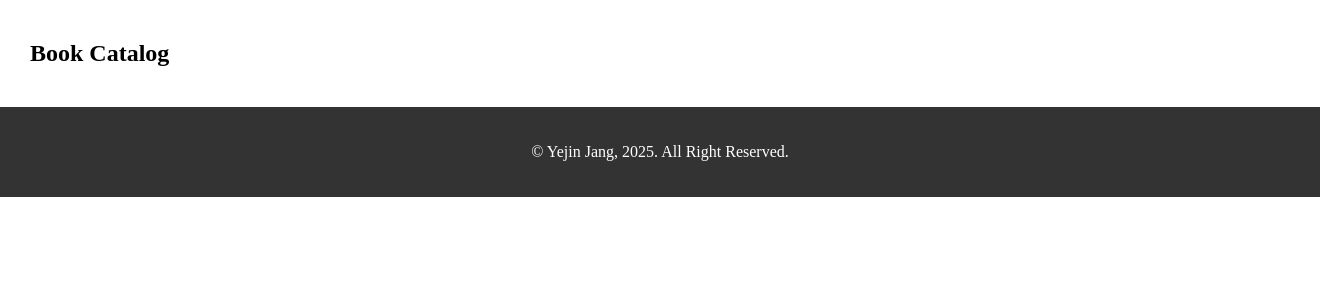
Repository: Yejin-Digital/Lab3-Assignment-BookCatalog
Page: /
These files come from the project's save history. The page is drawn as it stood at one moment and after the next save; the edit follows.
The browser window is 1280 px wide. The page is 1320 px wide, so the pictures cover 1320 px, including what lies to the right of the window. The pictures show the whole page.
The project was rebuilt for these pictures with package versions that can differ from the ones it lists, and the page was loaded fresh each time. Also part of the build but not shown: vite.config.js.

Above is the page before, as saved 2025-09-19 01:24:26.

After the next save:
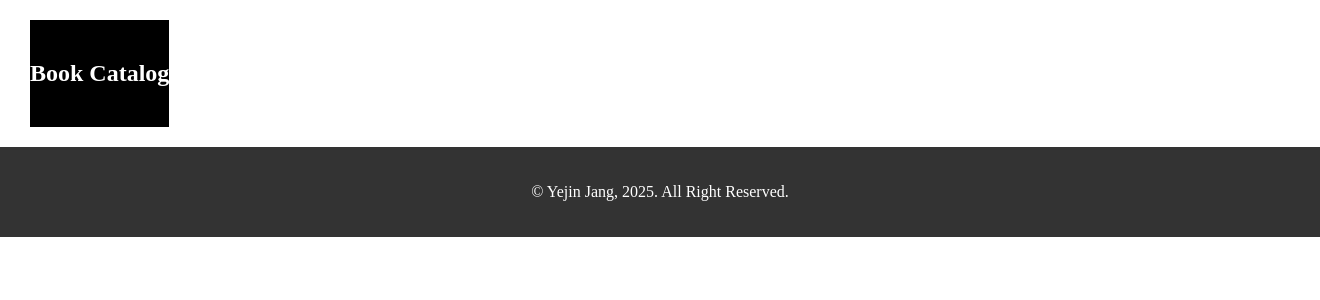
Saved 14 s later.
--- a/src/index.css
+++ b/src/index.css
@@ -15,7 +15,7 @@ body {
   width: 100%;
 }
 
-.app-header {
+header {
   background-color: black;
   color: white;
   text-align: center;
